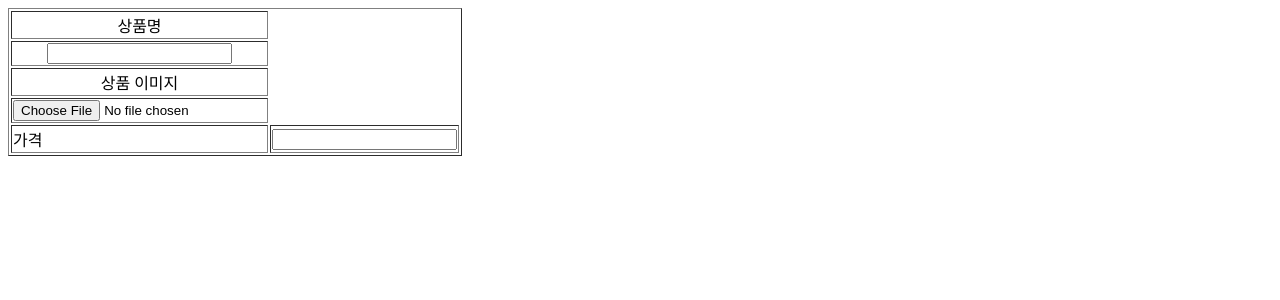
Repository: gunvv00/Java_practice
Page: html_work/html01/WebContent/goods.html
These files come from the project's save history. The page is drawn as it stood at one moment and after the next save; the edit follows.
The browser window is 1280 px wide. The pictures show the whole page.

Above is the page before, as saved 2020-01-02 07:28:29.

After the next save:
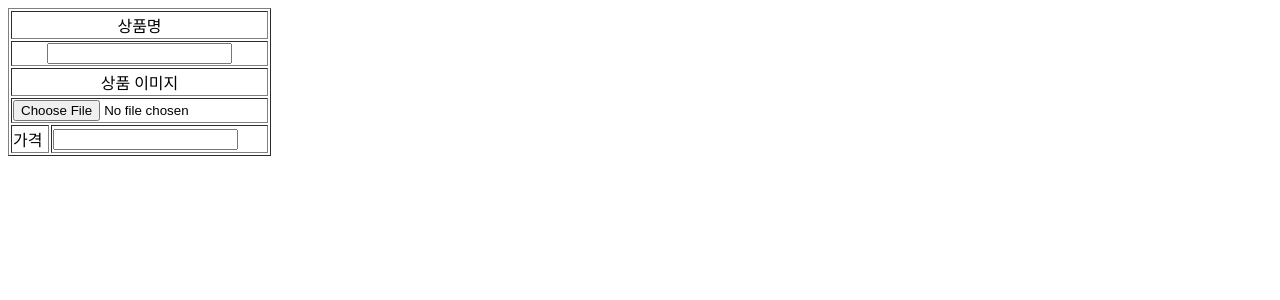
Saved 38 s later.
--- a/html_work/html01/WebContent/goods.html
+++ b/html_work/html01/WebContent/goods.html
@@ -8,16 +8,16 @@
 <form action = "good.jsp" method = "post">
 	<TABLE Border = 1 height = 100 >
 		<tr>
-			<td align = "center" >상품명</td>
+			<td align = "center" colspan = "2">상품명</td>
 		</tr>
 		<tr>
-			<td align = "center" ><input type = "product" name="" value = "" ></td>
+			<td align = "center" colspan = "2"><input type = "product" name="" value = "" ></td>
 		</tr>
 		<tr>
-			<td align = "center" >상품 이미지</td>
+			<td align = "center" colspan = "2">상품 이미지</td>
 		</tr>
 		<tr>
-			<td><input type='file' name='file' value ="" /></td>
+			<td colspan = "2"><input type='file' name='file' value ="" /></td>
 		</tr>
 		<tr>
 			<td>가격</td>
